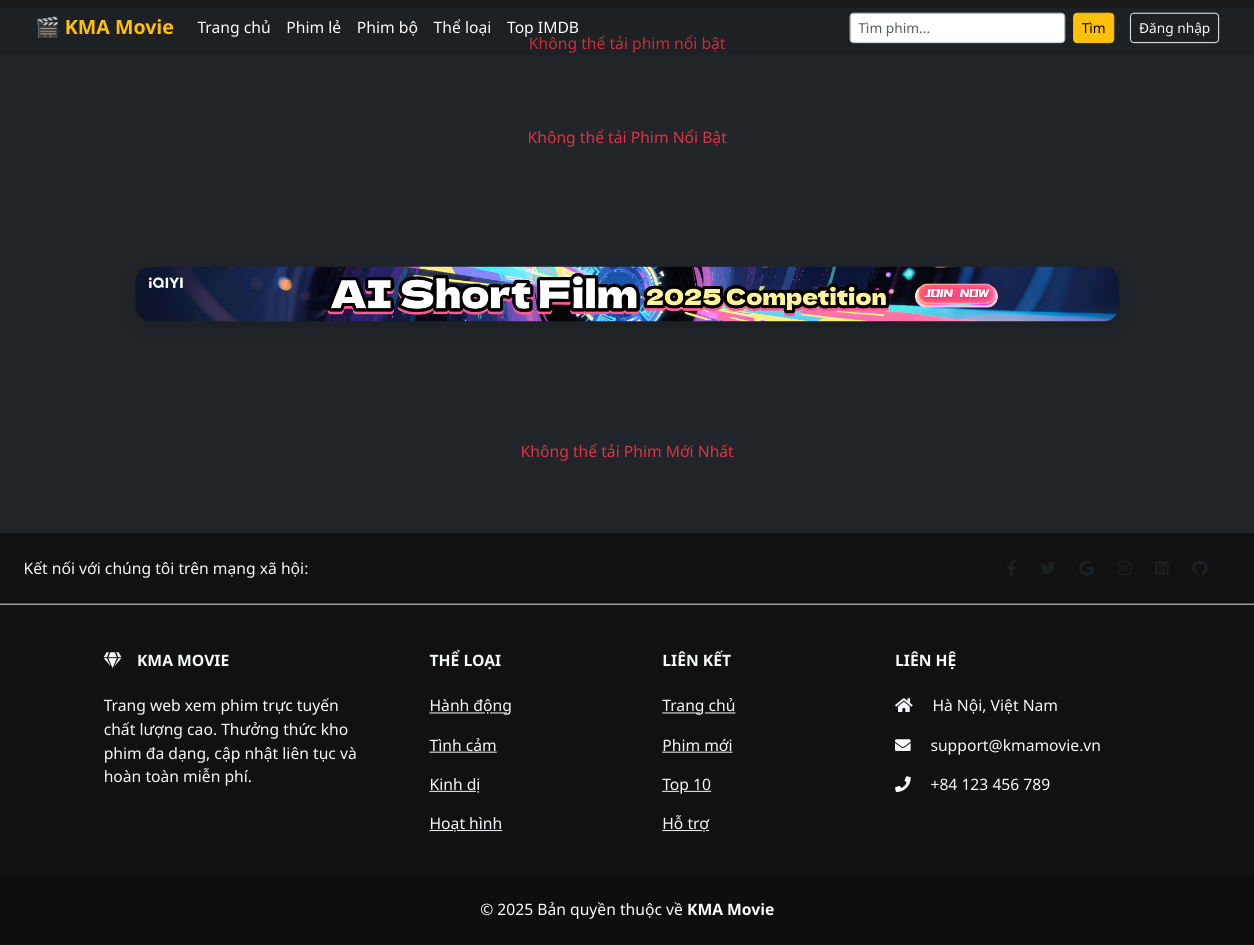
Repository: takagi2004/KMA_Nhom27_TTCS_WebXemFilm_FonEnd
Page: /
An editor plug-in stored every save of this project. The page is shown before and after the next save, followed by the edit.
The browser window is 1280 px wide. The pictures show the whole page, at 98% of full size.
The page's requests for data from a server got no answer. The project was rebuilt for these pictures with package versions that can differ from the ones it lists, and the page was loaded fresh each time. No one was signed in, and anything a server would have sent is missing. Also part of the build but not shown: src/layout/danhsachphim/Props/PhimCard.tsx.

Above is the page before, as saved 2025-08-07 01:34:12.

After the next save:
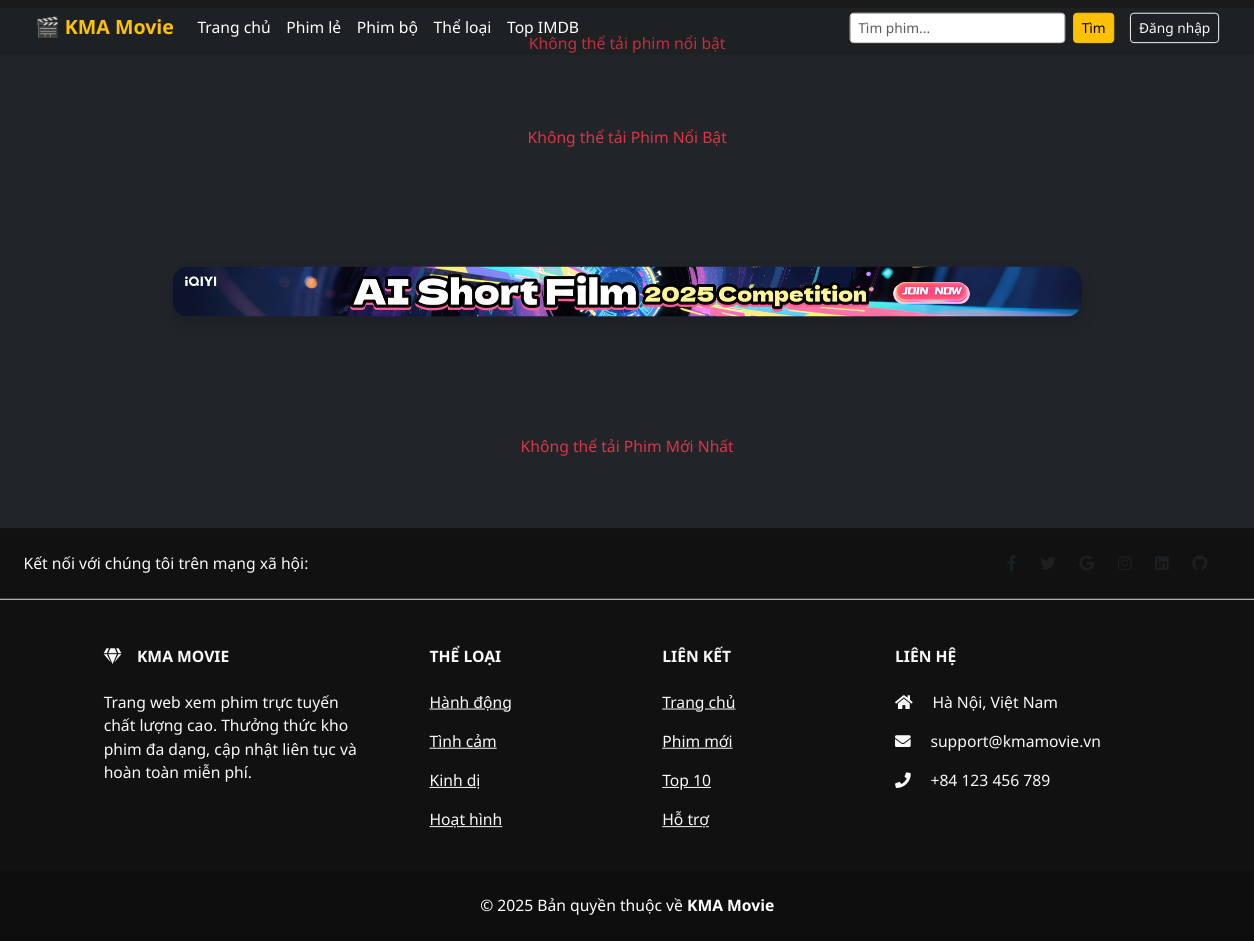
Saved 11 s later.
--- a/src/App.css
+++ b/src/App.css
@@ -284,6 +284,7 @@
 }
 /* ==================== BANNER GIỮA ==================== */
 /* Banner giữa */
+/* Banner giữa */
 .banner-mid {
   width: 80%;
   max-height: 260px;
@@ -295,6 +296,34 @@
   transform: scale(1.02);
 }
 
+/* Desktop spacing */
+@media (min-width: 992px) {
+  main.container-fluid {
+    padding-left: 60px;
+    padding-right: 60px;
+    gap: 40px;
+  }
+  .banner-mid {
+    margin-top: 30px;
+    margin-bottom: 30px;
+  }
+}
+
+/* Mobile spacing */
+@media (max-width: 576px) {
+  main.container-fluid {
+    padding-left: 12px;
+    padding-right: 12px;
+    gap: 24px;
+  }
+  .banner-mid {
+    width: 90%;
+    margin: 20px auto;
+    max-height: 140px;
+  }
+}
+
+
 
 .banner-mid img {
   border-radius: 16px;
